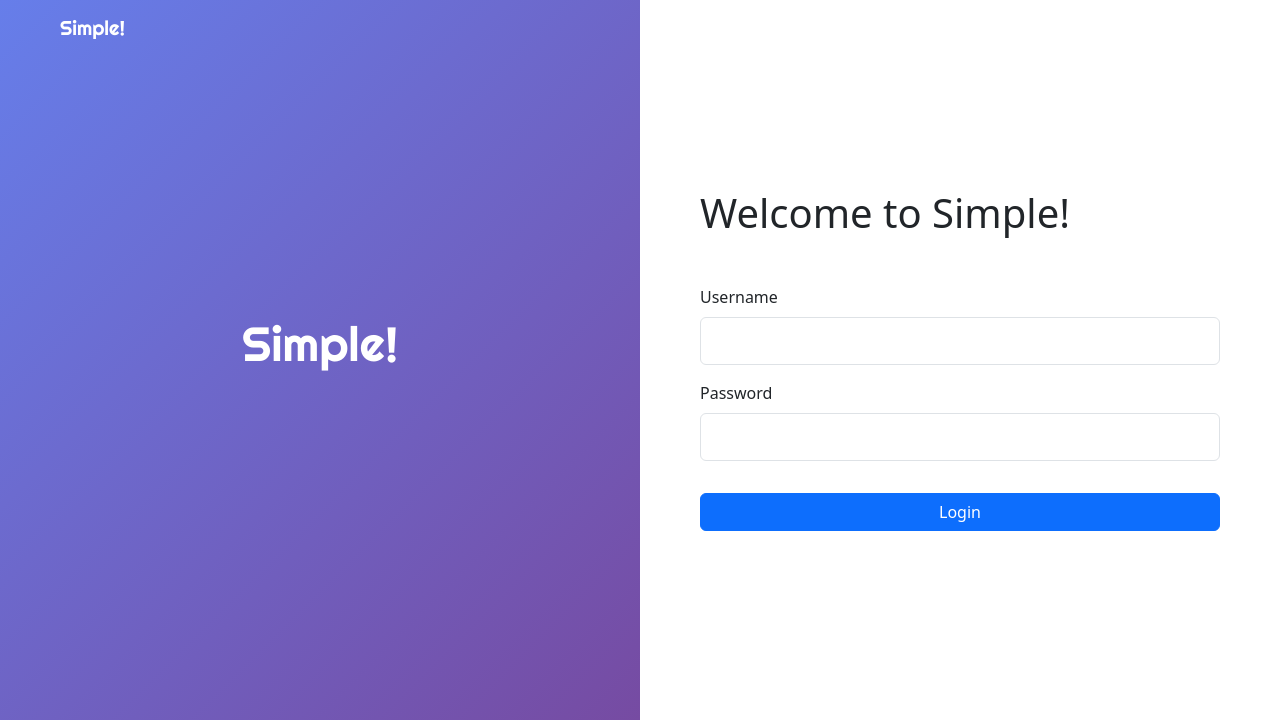
Repository: oboioz/SimpleTodoApp
Page: /todos (app in SimpleTodoAppFrontEnd/todo-app/)
The author's editor kept a copy of each file at every save. The page is drawn from the files as they stood at one save, then again after the next save.
The browser window is 1280 px wide. The pictures show the whole page.
The project was rebuilt for these pictures with package versions that can differ from the ones it lists, and the page was loaded fresh each time.

Above is the page before, as saved 2024-04-03 20:57:16.

### SimpleTodoAppFrontEnd/todo-app/src/App.js
import 'bootstrap/dist/css/bootstrap.min.css';
import './App.css';
import TodoApp from './components/TodoApp';

function App() {
  return (
    <div className="App">
      <TodoApp />
    </div>
  )
}

export default App;

### SimpleTodoAppFrontEnd/todo-app/src/components/TodoApp.jsx
import LoginComponent from "./todo/Login/LoginComponent";

export default function TodoApp() {
    return (
        <div className="todo-app">
            <LoginComponent />
        </div>
    )
}

### SimpleTodoAppFrontEnd/todo-app/src/components/todo/Login/LoginComponent.jsx
import './LoginStyle.css';


function LoginComponent() {

    return (

        <div className="Login container-fluid">
            <nav class="navbar navbar-expand-lg navbar-dark fixed-top transparent-navbar shadow-5-strong px-5">
                <div className="container-fluid">
                    <a className="navbar-brand" href="#">Simple!</a>
                </div>
            </nav>
            <div className="row">
                <div className="col gradient-background">
                    <div className="Logo">
                        Simple!
                    </div>
                </div>
                <div className="col">

                    <form className="LoginForm m-5">
                        <h1 class="mb-5">Welcome to Simple!</h1>
                        <div>
                            <label className="form-label">Username</label>
                            <input type="text" name="username" className="form-control" />
                        </div>
                        <div>
                            <label className="form-label">Password</label>
                            <input type="password" name="password" className="form-control" />
                        </div>

                        <button type="button" name="login" class="btn btn-primary mt-3">Login</button>
                    </form>
                </div>
            </div>
        </div>

    )

}

export default LoginComponent;

### SimpleTodoAppFrontEnd/todo-app/src/components/todo/Login/LoginStyle.css
@import url('https://fonts.googleapis.com/css2?family=Righteous&display=swap');

.row {
    display: flex;
    justify-content: center;
    align-items: center;
    height: 100vh;
}

.LoginForm {
    display: flex;
    flex-direction: column;
    text-align: left;
    justify-content: left;
    align-items: left;
    margin-top: -8vh;
}

.img {
    width: '100%';
    height: '100%';
    object-fit:'cover';
}

.gradient-background {
    background: linear-gradient(135deg, #667eea 0%, #764ba2 100%);
    height: 100%;
    display: flex;
    align-items: center;
    justify-content: center;
}

.Logo {
    font-family: 'Righteous', cursive;
    font-size: 3rem;
    color: white;
    margin-bottom: 2rem;
}

.navbar {
    font-family: 'Righteous', cursive;
    font-size: 2rem;
}

.transparent-navbar {
    background-color: transparent !important;
    box-shadow: none !important;
    position: absolute;
    width: 100%;
    top: 0;
    z-index: 1000;
}

.form-control {
    margin-bottom: 1rem;
    height: 3rem;
}

Loaded but not shown: SimpleTodoAppFrontEnd/todo-app/public/index.html (common file); SimpleTodoAppFrontEnd/todo-app/src/index.js (common file); SimpleTodoAppFrontEnd/todo-app/src/index.css (common file); SimpleTodoAppFrontEnd/todo-app/src/reportWebVitals.js (common file); SimpleTodoAppFrontEnd/todo-app/src/App.css (common file)

After the next save:
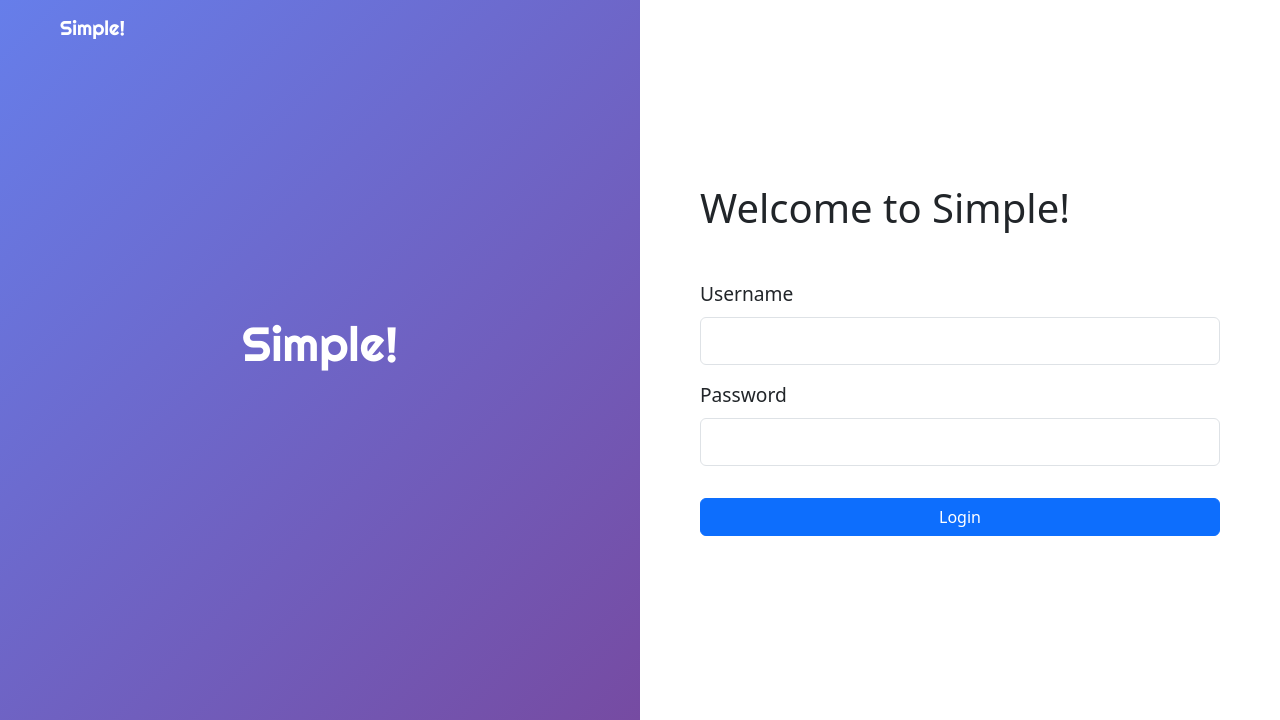
Saved 25 s later.
--- a/SimpleTodoAppFrontEnd/todo-app/src/components/todo/Login/LoginStyle.css
+++ b/SimpleTodoAppFrontEnd/todo-app/src/components/todo/Login/LoginStyle.css
@@ -55,3 +55,7 @@
     margin-bottom: 1rem;
     height: 3rem;
 }
+
+.form-label {
+    font-size: larger;
+}
